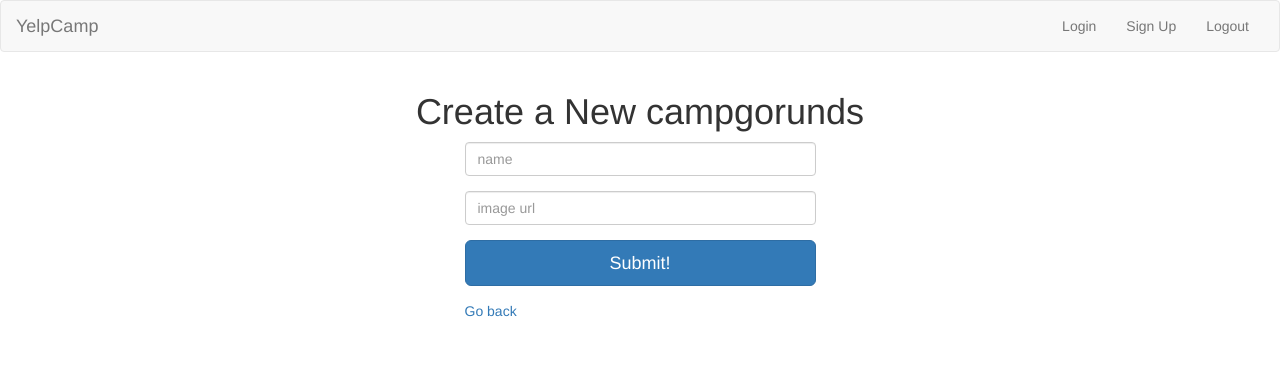
Repository: gtxDaniel/Web-development
Page: http://localhost/campgrounds/new
The author's editor kept a record of every edit. The page is drawn from the files as they stood at one moment, then again after the next edit.
The browser window is 1280 px wide. The pictures show the whole page.
The page is served by the project's Node server (YelpCamp/v1/app.js).

Above is the page before.

After the next edit:
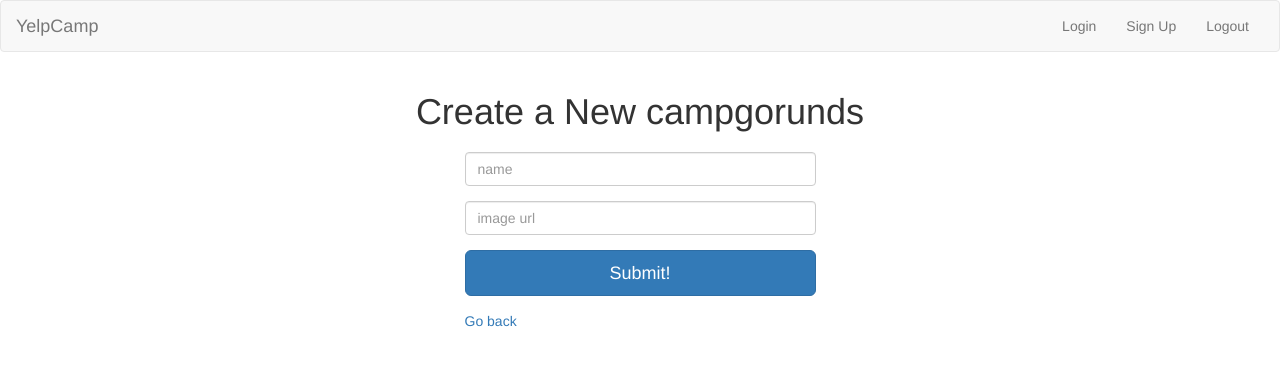
The edit:
--- a/web-development/workspace/YelpCamp/v1/views/new.ejs
+++ b/web-development/workspace/YelpCamp/v1/views/new.ejs
@@ -2,7 +2,7 @@
 <div class = "container">
     <div class = 'row'>
         <h1 style = 'text-align:center'>Create a New campgorunds</h1>
-        <div style = 'width: 30%; margin: 0 auto'>
+        <div style = 'width: 30%; margin: 20px auto'>
             <form action = '/campgrounds' method = "POST">
                 <div class = 'form-group'>
                      <input class ="form-control" type = 'text' name = 'name' placeholder = 'name'>
